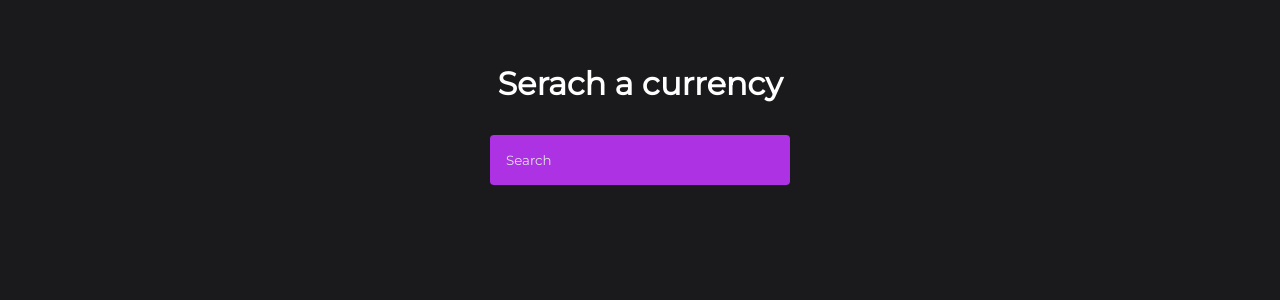
Repository: Malooyyy/crypto-tracker
Page: /
An editor plug-in stored every save of this project. The page is shown before and after the next save, followed by the edit.
The browser window is 1280 px wide. The pictures show the whole page.
The page's requests for data from a server got no answer. The project was rebuilt for these pictures with package versions that can differ from the ones it lists, and the page was loaded fresh each time. No one was signed in, and anything a server would have sent is missing. Also part of the build but not shown: src/Coin.css, src/Coin.js.

Above is the page before, as saved 2022-06-29 09:23:00.

After the next save:
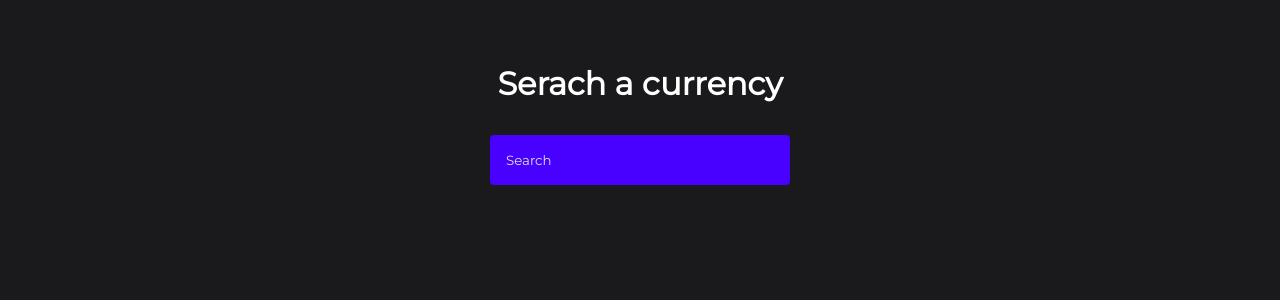
Saved 8 s later.
--- a/src/index.css
+++ b/src/index.css
@@ -37,7 +37,7 @@
   border-radius: 4px;
   border: none;
   border-image: Linear-gradients(-225deg, #ac32e4 0%, #7918f2, #4801ff 100%);
-  background: #ac32e4;
+  background: #4801ff;
   color: #e2e2e2;
 }
 
